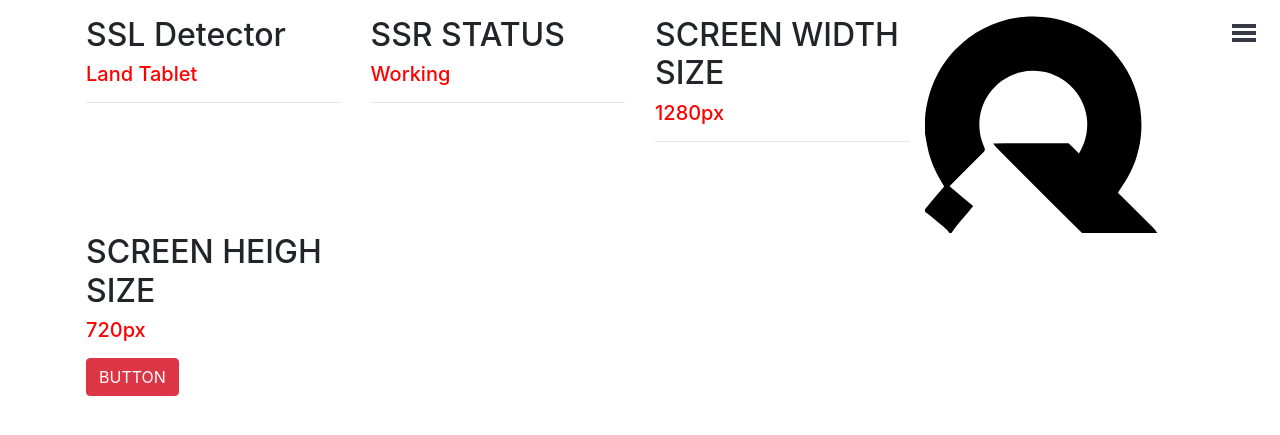
Repository: adrihle/screen-detector-nextpwa
Page: /
An editor plug-in stored every save of this project. The page is shown before and after the next save, followed by the edit.
The browser window is 1280 px wide. The pictures show the whole page.
The project was rebuilt for these pictures with package versions that can differ from the ones it lists, and the page was loaded fresh each time. The framework's server and built-in components were replaced by stand-ins that run in the browser. Imported but missing from the stored project, and not drawn on this page: pages/_document.

Above is the page before, as saved 2020-12-30 18:04:13.

### pages/_app.js
import App, { Container } from "next/app";
import Head from "next/head";
import styled, { createGlobalStyle } from "styled-components";
import { title } from "./_document";
import ScreenSizeLayout from '../components/smart/ScreenSizeLayout'
import Menu from '../components/navigation/mobile'

// Any global CSS variables and selectors we want
const GlobalStyle = createGlobalStyle`
  :root {
    --padding: 2rem;
    --max-width: 50rem;
  }

  body {
    background: var(--background--1);
    font-family: 'PT Sans', sans-serif;
    margin: 0;
  }
`;

const Main = styled.main`
  margin: 0 auto;
  max-width: var(--max-width);
  padding: var(--padding);
`;

export default class MyApp extends App {
  static async getInitialProps({ Component, ctx }) {
    let pageProps = {};

    if (Component.getInitialProps) {
      pageProps = await Component.getInitialProps(ctx);
    }

    return { pageProps };
  }

  render() {
    const { Component, pageProps, router } = this.props;

    return (
      <>
        <Head>
          <title>{title}</title>
          <link rel="stylesheet" href="https://stackpath.bootstrapcdn.com/bootstrap/4.3.1/css/bootstrap.min.css" integrity="sha384-ggOyR0iXCbMQv3Xipma34MD+dH/1fQ784/j6cY/iJTQUOhcWr7x9JvoRxT2MZw1T" crossorigin="anonymous"></link>
        </Head>
        <Container>
            {/* here a smart screen detector */}
            <ScreenSizeLayout>
              <Menu />
              <Component {...pageProps} router={router} />
            </ScreenSizeLayout>
          <GlobalStyle />
        </Container>
      </>
    );
  }
}

### pages/index.js
import Nav from '../components/navigation/mobile'
import Dotq from '../static/icons/dotqblackusage'

const Index = ({ server, measures, screen }) => {

  const width = measures && measures[0] + 'px'
  const heigh = measures && measures[1] + 'px'


  return (
    <div  className='container p-3'>
      <div className='row' id='content'>
        <div className="col-md-6 col-lg-3">
          <h2>SSL Detector</h2>
          <h5 style={{color:'red'}}>{screen}</h5>
          <hr />
        </div>
        <div className="col-md-6 col-lg-3">
          <h2>SSR STATUS</h2>
          <h5 style={{color:'red'}}>{server ? 'Working' : 'Not Working'}</h5>
          <hr />
        </div>
        <div className="col-md-6 col-lg-3">
          <h2>SCREEN WIDTH SIZE</h2>
          <h5 style={{color:'red'}}>{width}</h5>
          <hr/>
        </div>
        <Dotq />
        <div className="col-sm-1 col-md-6 col-lg-3">
          {(measures && measures[0]>240) && (
            <>
              <h2>SCREEN HEIGH SIZE</h2>
              <h5 style={{color:'red'}}>{`${heigh}`}</h5>
              <button className='btn btn-danger mt-2'>BUTTON</button>
            </>
          )}
        </div>
      </div>
    </div>
  )
}

Index.getInitialProps = async function() {
  return {
    server: true,
  }
};

export default Index;

### components/smart/ScreenSizeLayout.tsx
import {Children, cloneElement, useState, useEffect } from 'react'

const ScreenSizeLayout = ({ children }) => {

    const [screen, setScreen] = useState(null)
    const [measures, setMeasures] = useState(null)

    const handleSize = () => {
        let width = window.innerWidth
        let heigh = window.innerHeight
        setMeasures([width, heigh])

        let landscape = width > heigh

        if (width < 420){setScreen('Mobile')}
        else if (width > 420 && width < 850 && landscape){setScreen('Land Mobile')}
        else if (width > 420 && width < 1300 && !landscape){setScreen('Tablet')}
        else if (width > 820 && width < 1400 && landscape){setScreen('Land Tablet')}
        else {setScreen('Desktop')}
    }

    useEffect(() => {
        handleSize()
        window.addEventListener('resize', handleSize)
        return () => {window.removeEventListener('resize', handleSize)}
    },[])

    const childrenWithProps = Children.map(children, child => {
        return cloneElement(child, {
            measures,
            screen
        });
      });

    return (
        <>
            {childrenWithProps}
        </>
    )
}

export default ScreenSizeLayout

### components/navigation/mobile.tsx
import { bubble as Menu } from 'react-burger-menu'

var styles = {
    bmBurgerButton: {
      position: 'fixed',
      width: '24px',
      height: '18px',
      right: '1.5em',
      top: '1.5em'
    },
    bmBurgerBars: {
      background: '#373a47'
    },
    bmBurgerBarsHover: {
      background: '#a90000'
    },
    bmCrossButton: {
      height: '24px',
      width: '24px'
    },
    bmCross: {
      background: '#bdc3c7'
    },
    bmMenuWrap: {
      position: 'fixed',
      height: '100%'
    },
    bmMenu: {
      background: '#373a47',
      padding: '2.5em 1.5em 0',
      fontSize: '1.15em'
    },
    bmMorphShape: {
      fill: '#373a47',
      width: '100%'
    },
    bmItemList: {
      color: '#b8b7ad',
      padding: '0.8em'
    },
    bmItem: {
      display: 'inline-block'
    },
    bmOverlay: {
      background: 'rgba(0, 0, 0, 0.3)'
    }
  }

const Mobile = ({ outerContainer, pageWrap }) => {
    return (
        <Menu styles={styles} width={'100%'}>
            <a id="home"  href="/">Home</a>
            <a id="about" href="/about">About</a>
            <a id="contact"  href="/contact">Contact</a>
        </Menu>
    )
}

export default Mobile

### static/icons/dotqblackusage.tsx
import * as React from "react";

function SvgDotqblack(props) {
  return (
    <svg
      width="175pt"
      height="163pt"
      viewBox="0 0 175 163"
      xmlns="http://www.w3.org/2000/svg"
      {...props}
    >
      <path d="M23 25.03C37.26 10.14 57.44 1.14 78.05.45c19.35-.9 38.9 5.62 53.96 17.8 12.63 10.16 22.2 24.12 26.83 39.68 5.94 19.38 4.27 40.96-4.69 59.14-2.54 5.5-6.16 10.37-9.43 15.43 8.94 8.64 17.55 17.61 26.47 26.27 1.26 1.25 2.23 2.75 3.19 4.23h-56.36c-20.87-20.45-41.32-41.35-62.11-61.89-1.75-1.7-3.33-3.57-4.84-5.47 18.87-.37 37.75-.01 56.63-.19 2.62 2.53 5.2 5.1 7.79 7.67 4.96-8.04 7.09-17.78 5.84-27.15-1.39-10.51-7.18-20.35-15.64-26.72-9.44-7.26-22.22-9.99-33.79-7.13-9.51 2.15-18.06 8.02-23.69 15.96-7.78 10.72-9.66 25.46-4.76 37.77.47 1.95 2.6 4.44.57 6.14-8.49 8.6-17.13 17.06-25.61 25.68 5.93 4.92 11.76 9.96 17.75 14.82-5.31 7-11.72 13.16-16.54 20.51H18.4c-1.3-2.44-3.58-4.07-5.66-5.79C8.45 153.8 4.47 150 0 146.82v-1.94c4.67-5.79 9.54-11.43 14.38-17.08-4.08-6.55-7.84-13.37-10.2-20.75-2.15-6.13-3-12.6-4.18-18.96V77.72C1.26 58.19 9.15 39 23 25.03z" />
    </svg>
  );
}

export default SvgDotqblack;

After the next save:
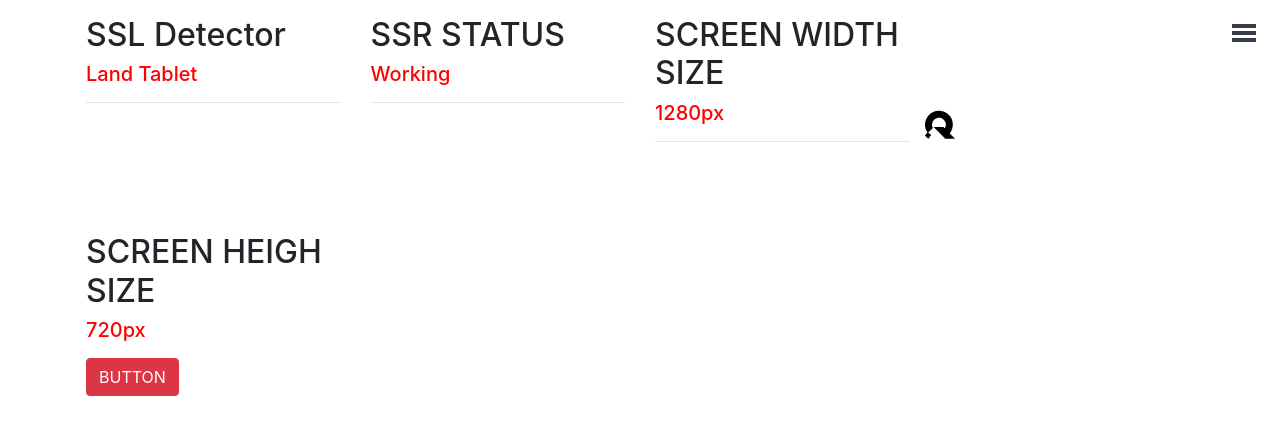
Saved 23 s later.
--- a/pages/index.js
+++ b/pages/index.js
@@ -25,7 +25,7 @@ const Index = ({ server, measures, screen }) => {
           <h5 style={{color:'red'}}>{width}</h5>
           <hr/>
         </div>
-        <Dotq />
+        <Dotq width={30}/>
         <div className="col-sm-1 col-md-6 col-lg-3">
           {(measures && measures[0]>240) && (
             <>
